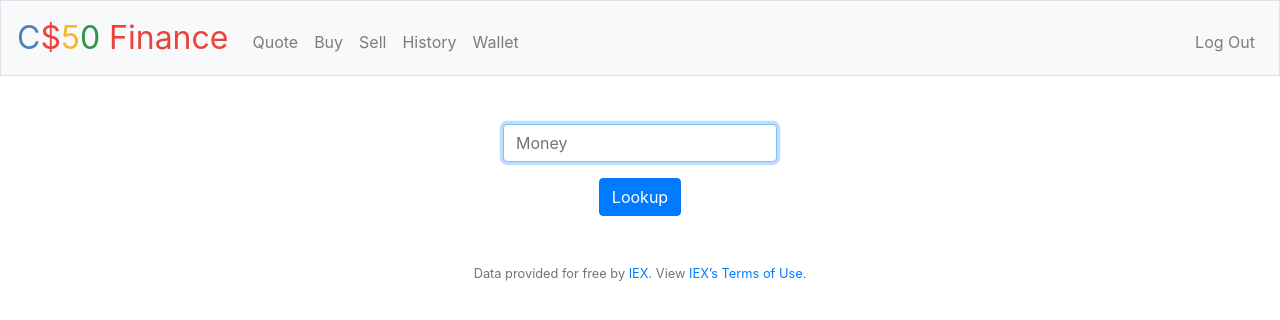
Repository: GiulianoSoria/CS50x
Page: http://localhost/wallet
The author's editor kept a record of every edit. The page is drawn from the files as they stood at one moment, then again after the next edit.
The browser window is 1280 px wide. The pictures show the whole page.
The page is served by the project's application, run on Flask 3 (pset8/finance/application.py). The session is filled in as if someone had signed in: {"user_id": 1}.

Above is the page before.

After the next edit:
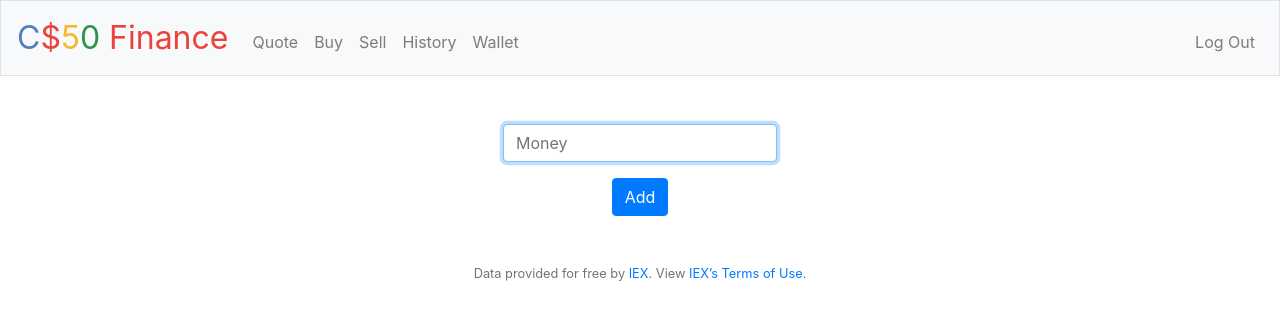
The edit:
--- a/pset8/finance/templates/wallet.html
+++ b/pset8/finance/templates/wallet.html
@@ -9,6 +9,6 @@
         <div class="form-group">
             <input autocomplete="off" autofocus class="form-control" name="symbol" placeholder="Money" type="text">
         </div>
-        <button class="btn btn-primary" type="submit">Lookup</button>
+        <button class="btn btn-primary" type="submit">Add</button>
     </form>
 {% endblock %}
